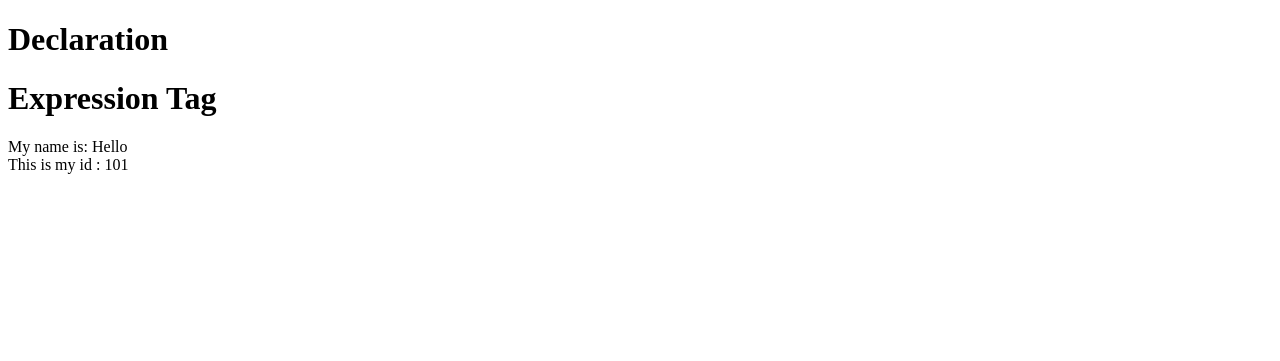
Repository: AkshayKPrajapati/CodingHub
Page: http://localhost/Servlet/
The author's editor kept a copy of each file at every save. The page is drawn from the files as they stood at one save, then again after the next save.
The browser window is 1280 px wide. The pictures show the whole page.
The page is served by Tomcat 9. Other server files are loaded and not shown.

Above is the page before, as saved 2025-10-18 18:00:58.

### Servlet/WebContent/index.jsp
<%@ page language="java" contentType="text/html; charset=ISO-8859-1"
    pageEncoding="ISO-8859-1"%>
<!DOCTYPE html PUBLIC "-//W3C//DTD HTML 4.01 Transitional//EN" "http://www.w3.org/TR/html4/loose.dtd">
<html>
<head>
	<meta http-equiv="Content-Type" content="text/html;
	charset=ISO-8859-1">
	<title>Insert title here</title>
</head>
<body>
	<h1>Declaration</h1>
	<%!
	int id = 101;
	String name = "Hello";
	%>

	<h1>Expression Tag</h1>
	My name is:  <%=name%> </br>
	This is my id : <%= id %>





</body>
</html>

After the next save:
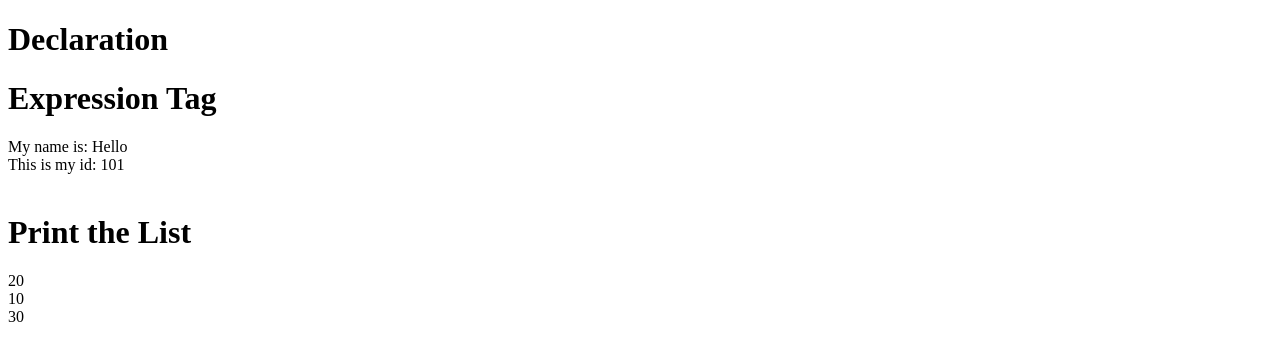
Saved 9 min 27 s later.
--- a/Servlet/WebContent/index.jsp
+++ b/Servlet/WebContent/index.jsp
@@ -1,26 +1,36 @@
 <%@ page language="java" contentType="text/html; charset=ISO-8859-1"
     pageEncoding="ISO-8859-1"%>
-<!DOCTYPE html PUBLIC "-//W3C//DTD HTML 4.01 Transitional//EN" "http://www.w3.org/TR/html4/loose.dtd">
+<%@ page import="java.util.*" %>
+
+<!DOCTYPE html>
 <html>
 <head>
-	<meta http-equiv="Content-Type" content="text/html;
-	charset=ISO-8859-1">
-	<title>Insert title here</title>
+    <meta http-equiv="Content-Type" content="text/html; charset=ISO-8859-1">
+    <title>JSP Declaration and Expression Example</title>
 </head>
 <body>
-	<h1>Declaration</h1>
-	<%!
-	int id = 101;
-	String name = "Hello";
-	%>
+    <h1>Declaration</h1>
+    <%!
+        int id = 101;
+        String name = "Hello";
+        Set<Integer> list = new HashSet<Integer>();
+    %>
 
-	<h1>Expression Tag</h1>
-	My name is:  <%=name%> </br>
-	This is my id : <%= id %>
+    <h1>Expression Tag</h1>
+    My name is: <%= name %><br>
+    This is my id: <%= id %><br><br>
 
+    <%
+        list.add(10);
+        list.add(20);
+        list.add(30);
+    %>
 
-
-
-
+    <h1>Print the List</h1>
+    <%
+        for(Integer num : list) {
+            out.println(num + "<br>");
+        }
+    %>
 </body>
 </html>
